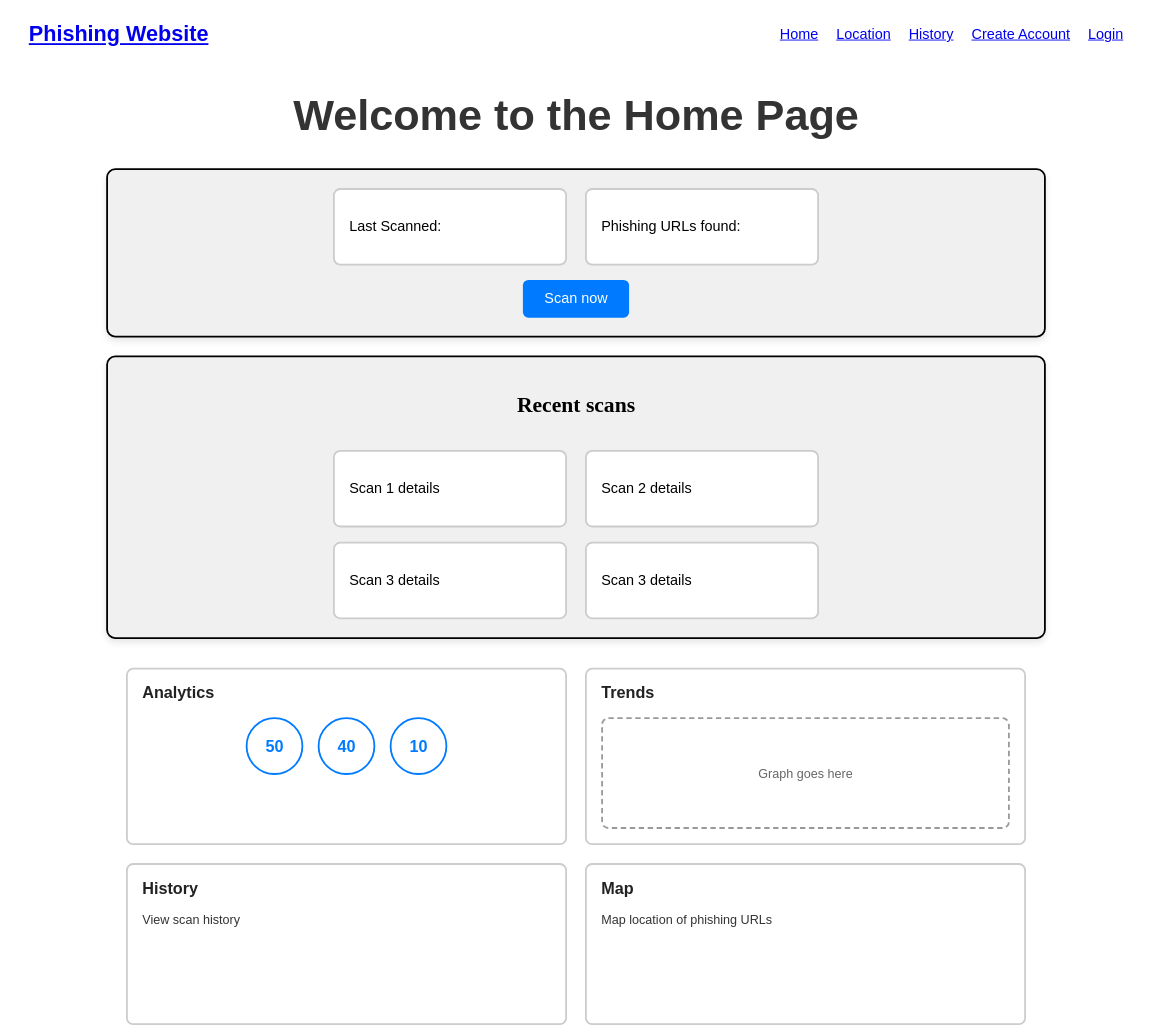
Repository: 2305199/Final-year-project
Page: / (app in frontend/)
An editor plug-in stored every save of this project. The page is shown before and after the next save, followed by the edit.
The browser window is 1280 px wide. The pictures show the whole page, at 90% of full size.
The project was rebuilt for these pictures with package versions that can differ from the ones it lists, and the page was loaded fresh each time. Also part of the build but not shown: frontend/vite.config.js, frontend/src/Location/Location.jsx, frontend/src/History/History.jsx, frontend/src/User/CreateAccount.jsx, frontend/src/User/Login.jsx.

Above is the page before, as saved 2026-01-29 02:23:07.

After the next save:
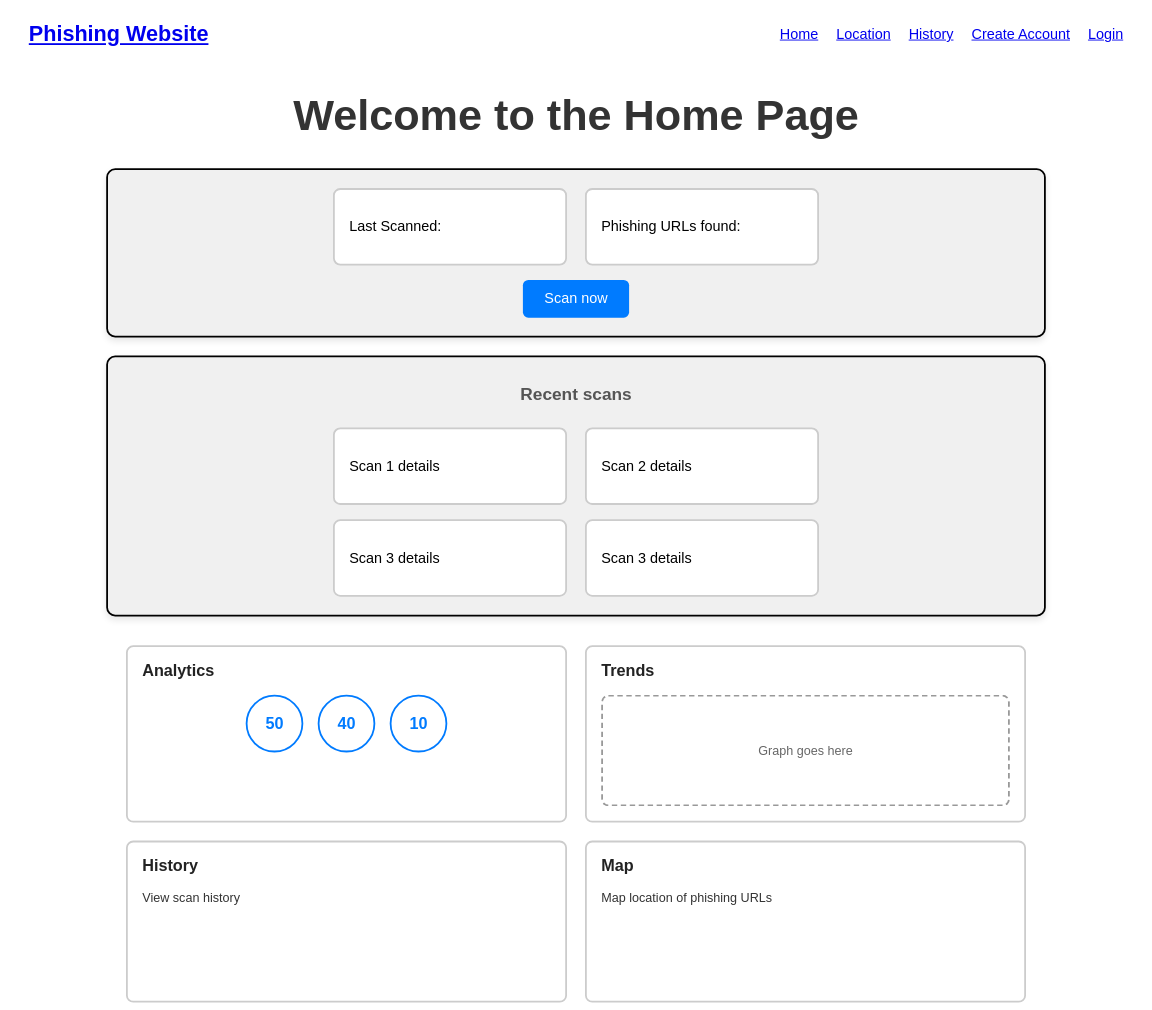
Saved 14 s later.
--- a/frontend/src/Home/Home.module.css
+++ b/frontend/src/Home/Home.module.css
@@ -155,3 +155,10 @@
   color: #333;
   font-family: Arial, Helvetica, sans-serif;
 }
+.title2 {
+  text-align: center;
+  font-size: 1.2rem;
+  margin: 10px 0;
+  color: #555;
+  font-family: Arial, sans-serif;
+}
